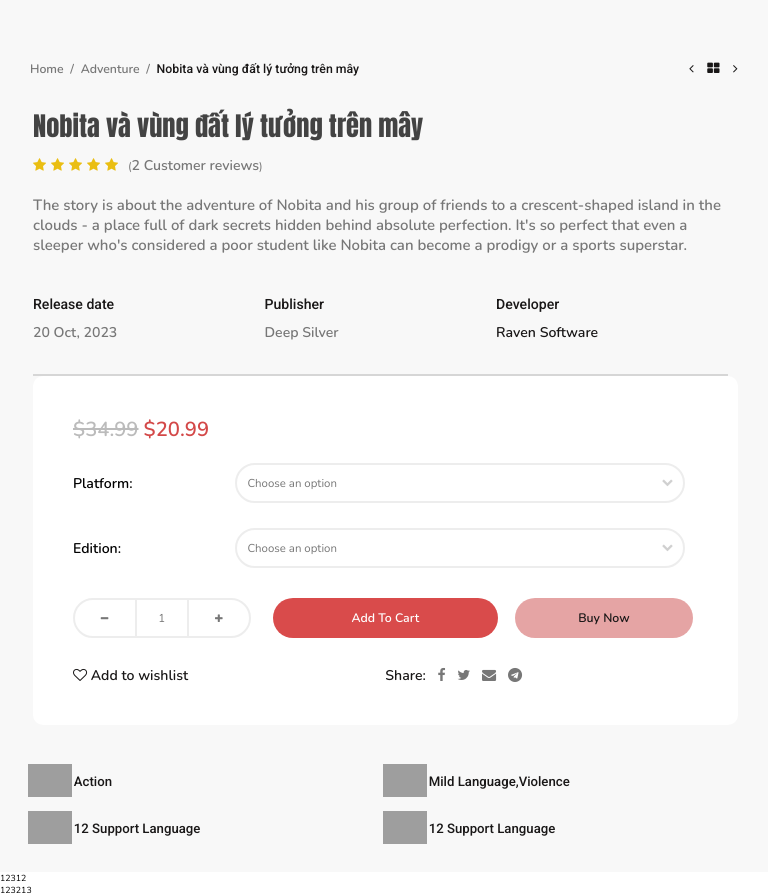
Repository: NguyenDinhThuyVy/TestWebsite
Page: detail.html
These files come from the project's save history. The page is drawn as it stood at one moment and after the next save; the edit follows.
The browser window is 768 px wide. The pictures show the part of the page from y = 600 to 1496 px (the page is 1496 px tall before and 1267 px after).
Pictures or frames that could not be fetched are drawn as grey boxes. Some web fonts or font styles are not loaded; a fallback is used.

Above is the page before, as saved 2023-09-30 22:07:55.

### detail.html
<!DOCTYPE html>
<html lang="en">
  <head>
    <meta charset="UTF-8" />
    <meta name="viewport" content="width=device-width, initial-scale=1.0" />
    <title>Document</title>
    <link rel="preconnect" href="https://fonts.gstatic.com" />
    <link
      href="https://fonts.googleapis.com/css2?family=Poppins:wght@400;600&display=swap"
      rel="stylesheet"
    />
    <link
      rel="stylesheet"
      href="https://cdnjs.cloudflare.com/ajax/libs/font-awesome/4.7.0/css/font-awesome.min.css"
      integrity="sha512-SfTiTlX6kk+qitfevl/7LibUOeJWlt9rbyDn92a1DqWOw9vWG2MFoays0sgObmWazO5BQPiFucnnEAjpAB+/Sw=="
      crossorigin="anonymous"
    />
    <link
      href="https://fonts.googleapis.com/css2?family=Poppins:wght@300;400;700&display=swap"
      rel="stylesheet"
    />
    <link rel="stylesheet" href="./style.css" />
  </head>
  <body>
    <div class="content">
      <section class="content-wrapper">
        <!-- Start main detail area -->
        <div class="detail-wrapper">
          <!-- Start product-view area -->
          <div class="product-view">
            <img
              src="https://i.ebayimg.com/images/g/8vIAAOSwztNg1quw/s-l1600.jpg"
              alt=""
              class="product-img"
            />
            <div class="product-labels">
              <span class="product-onsale">-33%</span>
              <span class="product-feature">HOT</span>
            </div>
          </div>
          <!-- End product-view area -->
          <!-- Start product-content area -->
          <div class="product-content">
            <!-- Start header-detail area -->
            <div class="header-detail">
              <div class="path-detail">
                <nav class="product-path">
                  <a href="#" class="home">Home</a>
                  <a href="#" class="icon-division">/</a>
                  <a href="#" class="Adventure">Adventure</a>
                  <a href="#" class="icon-division">/</a>
                  <span class="product-name"
                    >Nobita và vùng đất lý tưởng trên mây</span
                  >
                </nav>
              </div>
              <div class="product-management">
                <i class="fa fa-angle-left product-pre"></i>
                <i class="fa fa fa-th-large product-large"></i>
                <i class="fa fa-angle-right product-next"></i>
              </div>
            </div>
            <!-- End header-detail area -->
            <!-- Start content-detail area -->
            <div class="content-detail">
              <div class="product-information">
                <h1 class="product-title">
                  Nobita và vùng đất lý tưởng trên mây
                </h1>
                <div class="product-reviews">
                  <i class="fa fa-solid fa-star fa-2xl icon-star"></i>
                  <i class="fa fa-solid fa-star fa-2xl icon-star"></i>
                  <i class="fa fa-solid fa-star fa-2xl icon-star"></i>
                  <i class="fa fa-solid fa-star fa-2xl icon-star"></i>
                  <i class="fa fa-solid fa-star fa-2xl icon-star"></i>
                  <span class="customer-review"
                    >(<a href="#" class="customer-review-link"
                      >2 Customer reviews</a
                    >)</span
                  >
                </div>
                <div class="product-description">
                  <p>
                    The story is about the adventure of Nobita and his group of
                    friends to a crescent-shaped island in the clouds - a place
                    full of dark secrets hidden behind absolute perfection. It's
                    so perfect that even a sleeper who's considered a poor
                    student like Nobita can become a prodigy or a sports
                    superstar.
                  </p>
                </div>
                <div class="orther-information">
                  <div class="release-date">
                    <span class="orther-title">Release date</span>
                    <span class="info">20 Oct, 2023</span>
                  </div>
                  <div class="publisher">
                    <span class="orther-title">Publisher</span>
                    <span class="info">Deep Silver</span>
                  </div>
                  <div class="developer">
                    <span class="orther-title">Developer</span>
                    <a href="#" class="dev-link">Raven Software</a>
                  </div>
                </div>
              </div>
              <!-- Start product-purchase-table area -->
              <div class="product-purchase-table">
                <div class="product-price">
                  <span class="old-price">$34.99</span>
                  <span class="current-price">$20.99</span>
                </div>
                <div class="platform">
                  <span class="plat-text">Platform:</span>
                  <div class="plat-dropdown">
                    <span class="dropdown-text">Choose an option</span>
                    <i class="fa fa-light fa-chevron-down icon-down"></i>
                  </div>
                </div>
                <div class="edition">
                  <span class="edi-text">Edition:</span>
                  <div class="edi-dropdown">
                    <span class="dropdown-text">Choose an option</span>
                    <i class="fa fa-light fa-chevron-down icon-down"></i>
                  </div>
                </div>
                <div class="product-payment">
                  <div class="col-wrap product-number">
                    <div class="col col-minus">
                      <i class="fa fa-light fa-minus fa-xs"></i>
                    </div>
                    <div class="col col-number">
                      <span>1</span>
                    </div>
                    <div class="col col-plus">
                      <i class="fa fa-light fa-plus fa-xs"></i>
                    </div>
                  </div>
                  <button class="product-add">
                    <span class="add-text">Add To Cart</span>
                  </button>
                  <button class="product-buy">
                    <span class="buy-text">Buy Now</span>
                  </button>
                </div>
                <footer class="another-choice">
                  <div class="favorite-product">
                    <a href="#" class="favpro-text">
                      <i class="fa fa-heart-o icon-heart"></i> Add to
                      wishlist</a
                    >
                  </div>
                  <div class="product-share">
                    <span class="prosha-text">Share:</span>
                    <a href="#" class="social-network icon-facebook"
                      ><i class="fa fa-brands fa-facebook-f icon-facebook"></i
                    ></a>
                    <a href="#" class="social-network icon-twitter"
                      ><i class="fa fa-brands fa-twitter icon-twitter"></i
                    ></a>
                    <a href="#" class="social-network icon-mail"
                      ><i class="fa fa-solid fa-envelope icon-mail"></i
                    ></a>
                    <a href="#" class="social-network icon-telegram"
                      ><i class="fa fa-brands fa-telegram icon-telegram"></i
                    ></a>
                  </div>
                </footer>
              </div>
              <!-- End product-purchase-table area -->
            </div>
            <!-- End content-detail area -->
            <div class="footer-content">
              <table class="footer-tb">
                <tbody class="footer-detail">
                  <tr class="action">
                    <th class="item-label">
                      <img
                        src="	https://woodmart.b-cdn.net/games/wp-content/uploads/sites/14/2023/05/wd-vgs-product-genre-w.svg"
                        alt=""
                        class="img-item"
                      />
                    </th>
                    <td class="item-value">
                      <p><a href="#">Action</a></p>
                    </td>
                  </tr>
                  <tr class="mild-language">
                    <th class="item-label">
                      <img
                        src="	https://woodmart.b-cdn.net/games/wp-content/uploads/sites/14/2023/07/PEGI_12.jpg.webp"
                        alt=""
                        class="img-item"
                      />
                    </th>
                    <td class="item-value">
                      <p><a href="#">Mild Language,Violence</a></p>
                    </td>
                  </tr>
                  <tr class="support-language">
                    <th class="item-label">
                      <img
                        src="	https://woodmart.b-cdn.net/games/wp-content/uploads/sites/14/2023/05/wd-vgs-product-languages-w.svg"
                        alt=""
                        class="img-item"
                      />
                    </th>
                    <td class="item-value">
                      <p><a href="#">12 Support Language</a></p>
                    </td>
                  </tr>
                  <tr class="single-player">
                    <th class="item-label">
                      <img
                        src="	https://woodmart.b-cdn.net/games/wp-content/uploads/sites/14/2023/05/wd-vgs-product-features-w.svg"
                        alt=""
                        class="img-item"
                      />
                    </th>
                    <td class="item-value">
                      <p><a href="#">12 Support Language</a></p>
                    </td>
                  </tr>
                </tbody>
              </table>
            </div>
          </div>
          <!-- End product-content area -->
        </div>
        <!-- End  main detail area -->
        <!-- {/* Specification */} -->
        <div>12312</div>
        <!-- {/* Customer Reviews */} -->
        <div>123213</div>
      </section>
    </div>
  </body>
</html>

### style.css
@import url("https://fonts.googleapis.com/css2?family=Merienda+One&family=Nunito:wght@200;300;400;500;600&display=swap");
@import url('https://fonts.googleapis.com/css2?family=Anton&family=Archivo+Black&family=Bebas+Neue&family=Borel&family=Cabin&family=Montserrat&family=Oswald:wght@200&family=Roboto:wght@500&display=swap');



:root {
  --title-color: rgb(67, 67, 67);
  --line-color: #adabab37;
  --white: rgb(255, 253, 253);
  --main-color: #F7F7F7;
  --bcg-detail-color: #f8f8f8;
  --labels-color: #fdf7f7;
  --product-purchase-table: #ffffff;
  --hover-color: #c81d1dce;
  --bcg-add: #ce1515c4;
  --star-color: #EABE12;
  --black: #191717;
  --white: #fff;
  --light-color: #eac794;
  --border: .2rem solid var(--black);
  --box-shadow: 0 .5rem 1rem rgba(0, 0, 0, .1);
  --fontcolor: #777777;
  --icon-down: #77777758;
  --old-price: #BBBBBB;
  --boder-number: #c62323b5;
  --bcg-add-hover: #bc1313dd;
  --bcg-buy: #c73d3d77
}

* {
  font-family: 'Nunito', sans-serif;
  margin: 0;
  padding: 0;
  -webkit-box-sizing: border-box;
  box-sizing: border-box;
  outline: none;
  border: none;
  text-decoration: none;
  text-transform: none;
}

*::-moz-selection {
  background-color: var(--bcg-detail-color);
  color: var(--white);
}

*::selection {
  background-color: var(--bcg-detail-color);
  color: var(--white);
}

::-webkit-scrollbar {
  height: 0.5rem;
  width: 1rem;
}

::-webkit-scrollbar-track {
  background-color: transparent;
}

::-webkit-scrollbar-thumb {
  background-color: var(--li);
}

html {
  font-size: 62.5%;
  overflow-x: hidden;
  scroll-behavior: smooth;
  scroll-padding-top: 6.5rem;
}

/*detail-wrapper  */
.detail-wrapper {
  display: grid;
  grid-template-columns: 30% 70%;
  background-color: var(--bcg-detail-color);
  height: 650px;
  overflow: hidden;
  /* align-items: stretch; */
}

/* <!-- Start product-view area --> */
.product-view {
  font-size: 2rem;
  margin: 20px 20px 40px 20px;
  width: 100%;
  height: 580px;
  /* height: 100; */
  overflow: hidden;
  position: relative;
}

.product-view .product-img {
  object-fit: cover;
  height: 100%;
  width: 100%;
  border-radius: 10px;
  border: #333 solid 1px;
}

.product-view .product-labels {
  position: absolute;
  top: 0;
  right: 0;
  z-index: 2;
  margin: 15px;
  display: flex;
  flex-direction: column;
  width: 50px;
}

.product-view .product-labels .product-onsale,
.product-view .product-labels .product-feature {
  border-radius: 20px;
  background-color: var(--labels-color);
  text-align: center;
  margin-bottom: 10px;
  padding: 5px;
  font-size: 1.1rem;
  font-weight: 900;
}

/* <!-- End product-view area --> */

/* <!-- Start product-content area --> */
.product-content {
  width: 100%;
  margin: 20px 20px 20px 30px;
  width: auto;
}

/*  <!-- Start header-detail area --> */
.header-detail {
  background-color: var(--bcg-detail-color);
  z-index: 1000;
  display: flex;
  justify-content: space-between;
  align-items: center;
}

.header-detail .path-detail {
  display: -webkit-box;
  display: -ms-flexbox;
  display: flex;
  -webkit-box-align: center;
  position: relative;
  padding: 0 2rem;
}


.header-detail .path-detail .product-path a,
.header-detail .path-detail .product-name {
  margin-left: 0.5rem;
  font-size: 1.4rem;
  color: var(--fontcolor);
  text-decoration: none;
  font-weight: 800;
}

.header-detail .path-detail .product-name {
  color: var(--black);
  font-family: 'Roboto', sans-serif;
  font-weight: 150;
}

.header-detail .path-detail .product-path a:hover:not(.icon-division) {
  text-decoration: underline;
  color: var(--black);
  text-decoration: none;
}

.header-detail .product-management {
  font-size: 1.5rem;
  color: var(--black);
  cursor: pointer;
}

.header-detail .product-management .product-large {
  margin: 0 10px
}

/*   <!-- End header-detail area --> */

/*     <!-- Start content-detail area --> */
.content-detail {
  margin: 28px 0px 0px 25px;
  display: grid;
  grid-template-columns: 60% 40%;
  overflow: hidden;
  height: 350px;
}

.content-detail .product-information {
  margin-right: 10px;
}

.content-detail .product-information .product-title {
  font-family: 'Anton', sans-serif;
  font-size: 3rem;
  font-weight: 250;
  color: var(--title-color);
}

.content-detail .product-information .product-reviews {
  margin: 10px 0px 20px 0px;
}

.content-detail .product-information .product-reviews .icon-star {
  margin-right: 0.3rem;
  color: var(--star-color);
  font-size: 1.6rem;
}

.content-detail .product-information .product-reviews .customer-review {
  color: var(--fontcolor);
  font-size: 1.3rem;
  margin-left: 5px;
}

.content-detail .product-information .product-reviews .customer-review .customer-review-link {
  color: var(--fontcolor);
  font-size: 1.6rem;
  font-weight: 800;
}

.content-detail .product-information .product-reviews .customer-review .customer-review-link:hover {
  color: var(--black);
}

.content-detail .product-information .product-description {
  color: var(--fontcolor);
  font-size: 1.7rem;
  font-weight: 600;
  margin-bottom: 41px;
}

.content-detail .product-information .orther-information {
  height: 80px;
  display: grid;
  grid-template-columns: calc(100%/3) calc(100%/3) calc(100%/3);
  border-bottom: var(--line-color) outset 2px;
}

.content-detail .product-information .orther-information .release-date,
.publisher,
.developer {
  font-size: 1.6rem;
  font-weight: 600;
  display: grid;
  grid-template-rows: 35% 35%;
}

.content-detail .product-information .orther-information .orther-title {
  color: var(--black);
  font-family: 'Roboto', sans-serif;
  font-weight: 150;
}

.content-detail .product-information .orther-information .info {
  color: var(--fontcolor);
}

.content-detail .product-information .orther-information .dev-link {
  color: var(--black);
}

.content-detail .product-information .orther-information .dev-link:hover {
  color: var(--hover-color)
}

/*      <!-- Start product-purchase-table area --> */

.content-detail .product-purchase-table {
  width: 100%;
  background-color: var(--product-purchase-table);
  padding: 40px;
  border-radius: 10px;
  /* font-family: 'Roboto', sans-serif; */
}

.content-detail .product-purchase-table .product-price {
  font-family: 'Roboto', sans-serif;
  font-size: 2.3rem;
  font-weight: 900;
}

.content-detail .product-purchase-table .product-price .old-price {
  text-decoration: line-through;
  color: var(--old-price);
}

.content-detail .product-purchase-table .product-price .current-price {
  color: var(--hover-color);
}

.content-detail .product-purchase-table .platform,
.content-detail .product-purchase-table .edition {
  margin-top: 15px;
  display: grid;
  grid-template-columns: 26% 72%;
  font-family: 'Roboto', sans-serif;
  font-size: 1.6rem;
  align-items: center;
  height: 50px;
}

.content-detail .product-purchase-table .platform .plat-text,
.content-detail .product-purchase-table .edition .edi-text {
  font-weight: 800;
}

.content-detail .product-purchase-table .platform .plat-dropdown,
.content-detail .product-purchase-table .edition .edi-dropdown {
  display: flex;
  border: var(--line-color) solid 2px;
  border-radius: 20px;
  padding: 10px;
  font-size: 1.3rem;
  align-items: center;
  justify-content: space-between;
  color: var(--fontcolor);
  cursor: pointer;
}

.content-detail .product-purchase-table .platform .plat-dropdown .icon-down,
.content-detail .product-purchase-table .edition .edi-dropdown .icon-down {
  color: var(--icon-down);
}

.content-detail .product-purchase-table .product-payment {
  width: 100%;
  height: 50px;
  display: grid;
  margin-top: 20px;
  grid-template-columns: 30% 40% 30%;
  place-items: center;
}

.content-detail .product-purchase-table .product-payment .product-number {
  overflow: hidden;
  display: table;
  width: 95%;
  height: 40px;
  vertical-align: middle;
  text-align: center;
  margin-right: 10px;
}

.content-detail .product-purchase-table .product-payment .product-number .col {
  display: table-cell;
  padding: 0.6rem;
  vertical-align: middle;
  text-align: center;
}

.content-detail .product-purchase-table .product-payment .product-number .col-number {
  border-top: var(--line-color) solid 2px;
  border-bottom: var(--line-color) solid 2px;
  color: var(--fontcolor);
  font-size: 1.3rem;
}

.content-detail .product-purchase-table .product-payment .product-number .col-plus {
  border: var(--line-color) solid 2px;
  border-radius: 0px 30px 30px 0px;
  cursor: pointer;
  color: var(--fontcolor);
  font-weight: 100;
  font-size: 1.1rem;
}

.content-detail .product-purchase-table .product-payment .product-number .col-minus {
  border: var(--line-color) solid 2px;
  border-radius: 30px 0px 0px 30px;
  cursor: pointer;
  color: var(--fontcolor);
  font-weight: 100;
  font-size: 1.1rem;
}

.content-detail .product-purchase-table .product-payment .product-number .col-plus:hover,
.content-detail .product-purchase-table .product-payment .product-number .col-minus:hover {
  background-color: var(--hover-color);
  border: var(--boder-number) solid 2px;
  color: var(--white);
}

.content-detail .product-purchase-table .product-payment .product-add {
  font-family: 'Roboto', sans-serif;
  font-size: 1.4rem;
  font-weight: bolder;
  width: 90%;
  height: 40px;
  border: none;
  cursor: pointer;
  background-color: var(--bcg-add);
  border-radius: 20px;
  color: var(--white);
}

.content-detail .product-purchase-table .product-payment .product-add:hover {
  background-color: var(--bcg-add-hover);
}

.content-detail .product-purchase-table .product-payment .product-buy {
  font-family: 'Roboto', sans-serif;
  font-size: 1.4rem;
  font-weight: bolder;
  width: 95%;
  height: 40px;
  border: none;
  cursor: pointer;
  background-color: var(--bcg-buy);
  border-radius: 20px;
  color: var(--black)
}

.content-detail .product-purchase-table .product-payment .product-buy:hover {
  background-color: #8f3c3c30;
}

.content-detail .product-purchase-table .another-choice {
  display: grid;
  grid-template-columns: 50% 50%;
  margin-top: 23px;
  font-size: 1.6rem;
  font-weight: 900;
}

.content-detail .product-purchase-table .another-choice .favorite-product .favpro-text,
.content-detail .product-purchase-table .another-choice .product-share,
.content-detail .product-purchase-table .another-choice .product-share .prosha-text {
  color: var(--black);
  text-transform: none;
}

.content-detail .product-purchase-table .another-choice .favorite-product .favpro-text:hover {
  color: var(--fontcolor);
}

.content-detail .product-purchase-table .another-choice .product-share .social-network {
  color: var(--fontcolor);
  margin-left: 8px;
}

.content-detail .product-purchase-table .another-choice .product-share .social-network:hover {
  color: var(--black);
}

.product-content .footer-content {
  margin: 3.8rem 0px 0px 1.8rem;
}

.product-content .footer-content .footer-tb {
  width: 100%;
}

.product-content .footer-content .footer-detail {
  width: 100%;
  display: grid;
  grid-template-columns: calc(100% /4) calc(100% /4) calc(100% /4) calc(100% /4);
  height: 57px;
  overflow: hidden;
}


.product-content .footer-content .footer-detail .img-item {
  width: 5rem;
  height: 4rem;
  object-fit: contain;
}

.product-content .footer-content .footer-detail .item-value a {
  font-size: 1.5rem;
  color: var(--black);
  font-family: 'Roboto', sans-serif;
  font-weight: 150;
}

.product-content .footer-content .footer-detail .item-value a:hover {
  color: var(--bcg-add-hover);
}

@media(max-width: 991px) {
  html {
    font-size: 55%;
  }

  .detail-wrapper {
    display: grid;
    grid-template-columns: 1fr;
    background-color: var(--bcg-detail-color);
    height: auto;
    overflow: hidden;
    /* align-items: stretch; */
  }

  .product-view {
    font-size: 2rem;
    margin: 20px 20px 40px 20px;
    width: 95%;
    height: 580px;
    /* height: 100; */
    overflow: hidden;
    position: relative;
  }

  .product-content {
    width: 95%;
    margin: 20px 20px 20px 8px;

  }

  .content-detail {
    margin: 28px 0px 0px 25px;
    display: grid;
    grid-template-columns: 1fr;
    overflow: hidden;
    height: auto;
  }

  .product-content .footer-content .footer-detail {
    width: 100%;
    display: grid;
    grid-template-columns: 1fr 1fr;
    row-gap: 5px;
    height: auto;
    overflow: hidden;
  }

}

@media(max-width: 600px) {
  html {
    font-size: 50%;
  }

  .detail-wrapper {
    display: grid;
    grid-template-columns: 1fr;
    background-color: var(--bcg-detail-color);
    height: auto;
    overflow: hidden;
    /* align-items: stretch; */
  }

  .product-view {
    font-size: 2rem;
    margin: 20px 20px 40px 20px;
    width: 88%;
    height: 580px;
    /* height: 100; */
    overflow: hidden;
    position: relative;
  }


  .product-content {
    width: 90%;
    margin: 20px 20px 20px 8px;
  }

  .content-detail {
    margin: 28px 0px 0px 25px;
    display: grid;
    grid-template-columns: 1fr;
    overflow: hidden;
    height: auto;
  }

  .product-content .footer-content .footer-detail {
    width: 100%;
    display: grid;
    grid-template-columns: 1fr 1fr;
    row-gap: 5px;
    height: auto;
    overflow: hidden;
  }

}

@media(max-width: 450px) {
  html {
    font-size: 50%;
  }
}

After the next save:
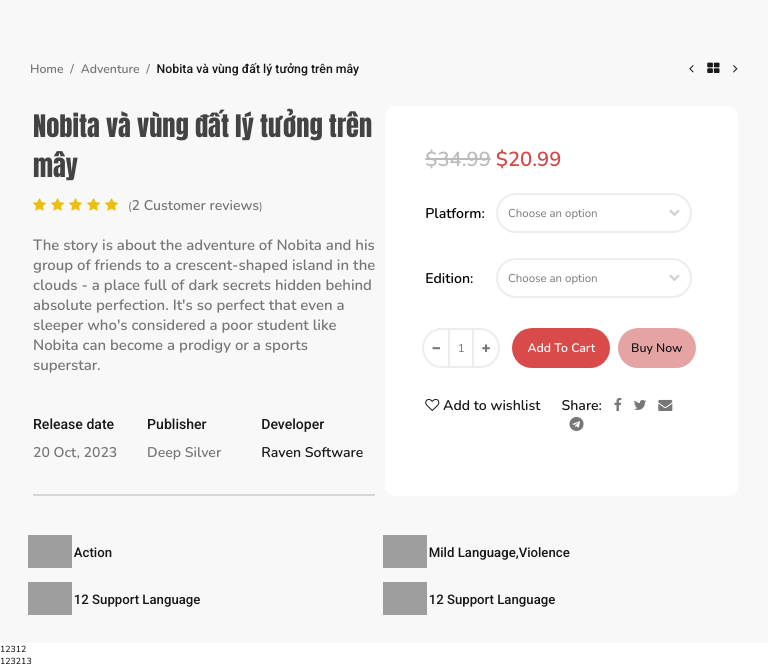
Saved 63 s later.
--- a/style.css
+++ b/style.css
@@ -514,7 +514,7 @@ html {
   .content-detail {
     margin: 28px 0px 0px 25px;
     display: grid;
-    grid-template-columns: 1fr;
+    grid-template-columns: 1fr 1fr;
     overflow: hidden;
     height: auto;
   }
